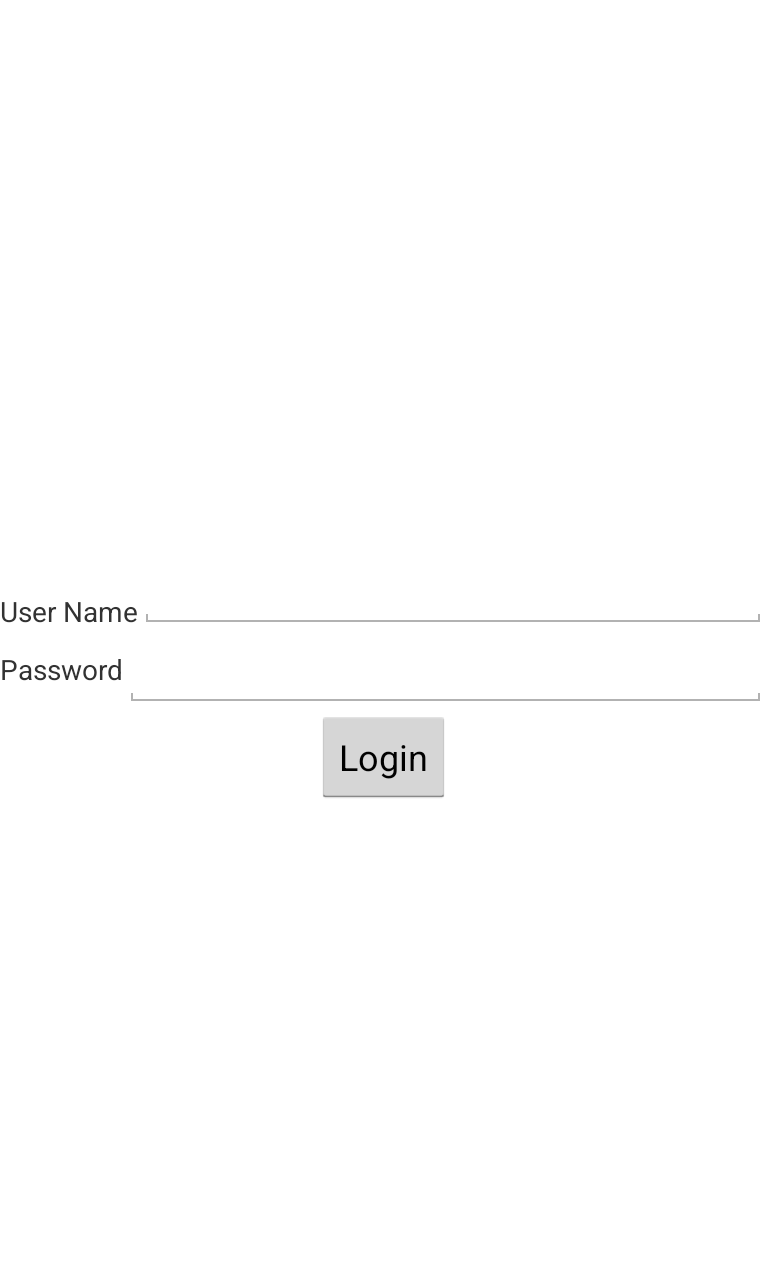
Repository: SaifJamilKhan/Meetup
Layout: MeetUp/res/layout/activity_login.xml
An editor plug-in stored every save of this project. The layout is shown before and after the next save, followed by the edit.
It is drawn on a 768 x 1280 px phone screen (xhdpi) without system bars, with theme AppTheme; the app's code is not run.

Above is the layout before, as saved 2014-03-08 20:50:28.

After the next save:
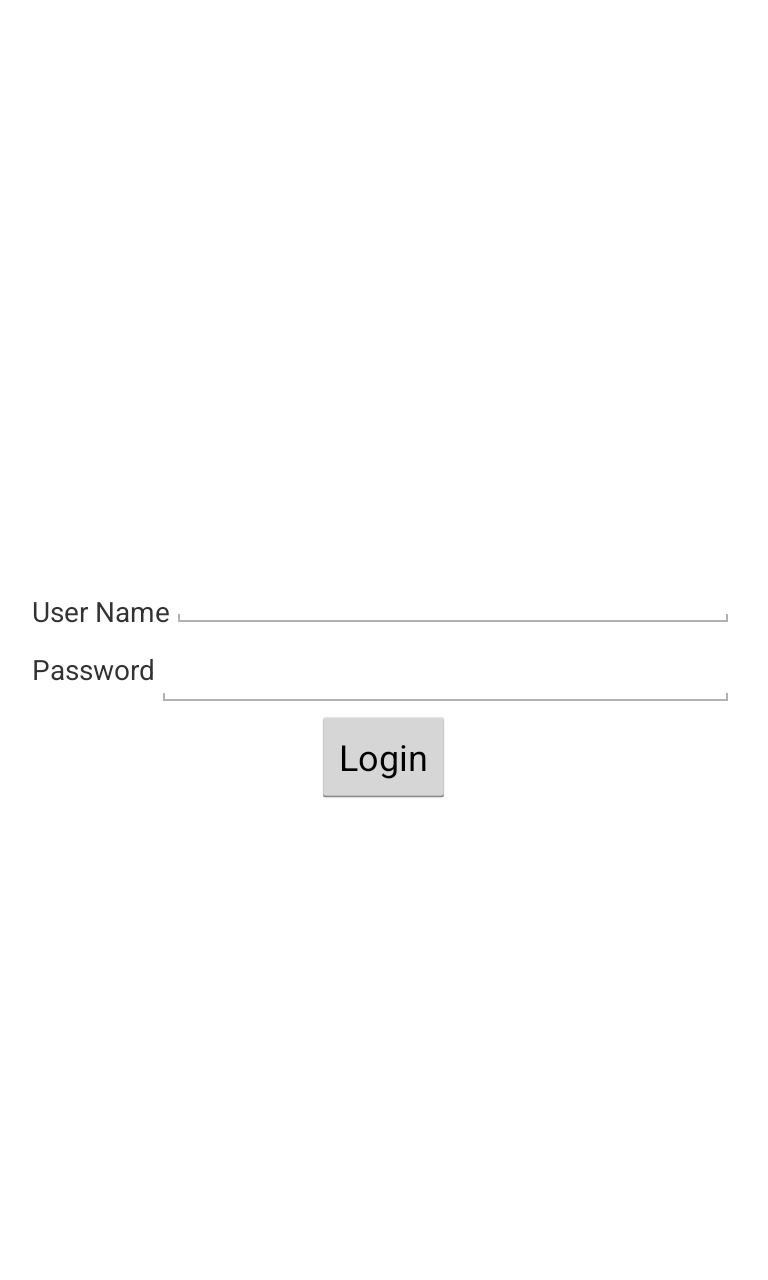
Saved 15 s later.
--- a/MeetUp/res/layout/activity_login.xml
+++ b/MeetUp/res/layout/activity_login.xml
@@ -1,7 +1,19 @@
 <RelativeLayout xmlns:android="http://schemas.android.com/apk/res/android"
+      xmlns:tools="http://schemas.android.com/tools"
     android:layout_width="match_parent"
     android:layout_height="match_parent"
-    android:orientation="vertical" >
+    android:orientation="vertical"
+     tools:context=".MainActivity"
+    >
+    <RelativeLayout xmlns:android="http://schemas.android.com/apk/res/android"
+    xmlns:tools="http://schemas.android.com/tools"
+    android:layout_width="match_parent"
+    android:layout_height="match_parent"
+    android:paddingBottom="@dimen/activity_vertical_margin"
+    android:paddingLeft="@dimen/activity_horizontal_margin"
+    android:paddingRight="@dimen/activity_horizontal_margin"
+    android:paddingTop="@dimen/activity_vertical_margin"
+    tools:context=".MainActivity" >
 
     <View
         android:id="@+id/center_divider"
